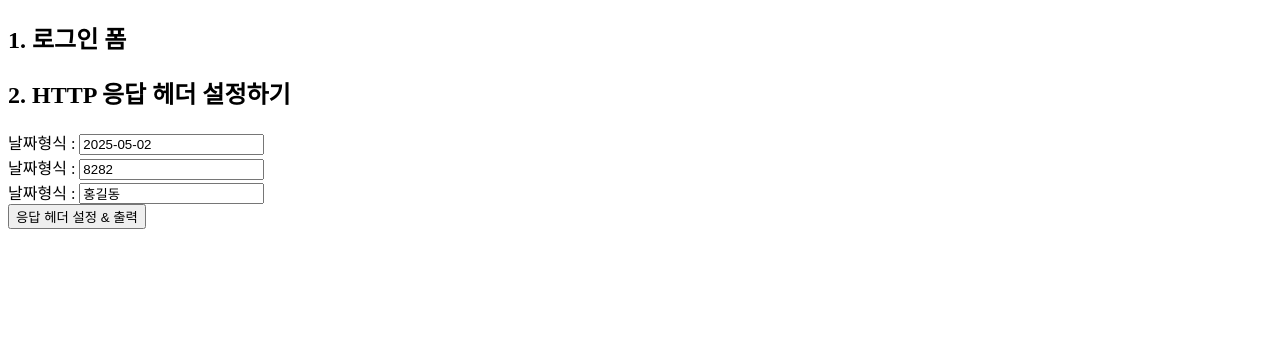
Repository: khs09/JSP_servelet
Page: http://localhost/MustHaveJSP/02ImplicitObject/ResponseMain.jsp
The author's editor kept a copy of each file at every save. The page is drawn from the files as they stood at one save, then again after the next save.
The browser window is 1280 px wide. The pictures show the whole page.
The page is served by Tomcat 10.

Above is the page before, as saved 2025-05-02 07:20:13.

After the next save:
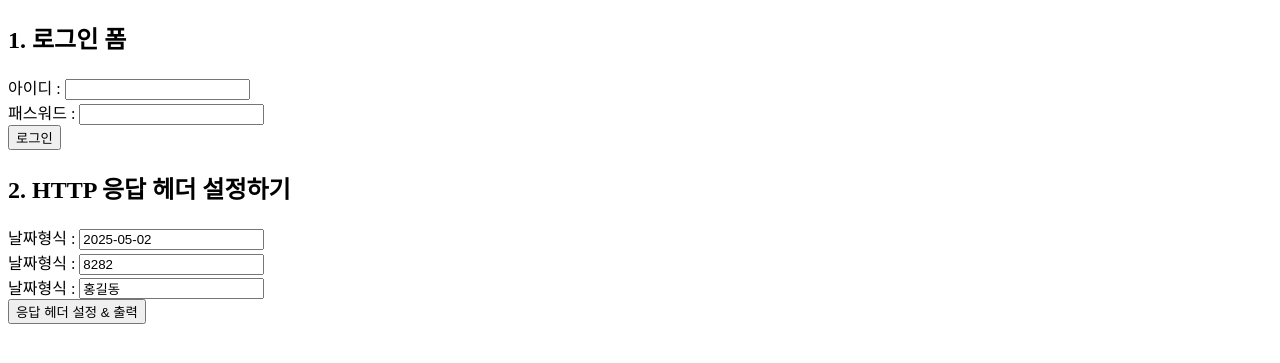
Saved 13 min 6 s later.
--- a/MustHaveJSP/src/main/webapp/02ImplicitObject/ResponseMain.jsp
+++ b/MustHaveJSP/src/main/webapp/02ImplicitObject/ResponseMain.jsp
@@ -10,6 +10,11 @@
 String loginErr = request.getParameter("loginErr");
 if (loginErr !=null) out.print("로그인 실패");
 %>
+<form action="./ResponseHeader.jsp" method="post">
+	아이디 : <input type="text" name="user_id" /><br/>
+	패스워드 : <input type="text" name="user_pwd" /><br/>
+	<input type="submit" value="로그인"/>
+</form>
 <h2>2. HTTP 응답 헤더 설정하기</h2>
 <form action="./ResponseHeader.jsp" method="get">
 	날짜형식 : <input type="text" name="add_date" value="2025-05-02"/><br/>
